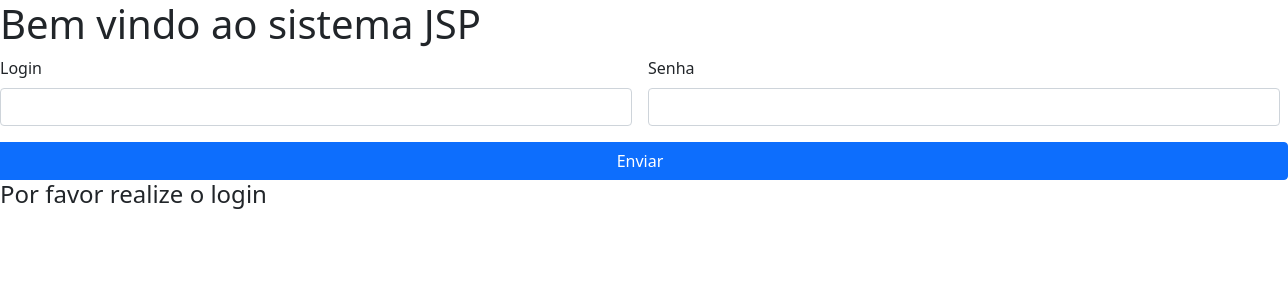
Repository: EduCarmo/PROJETO_JAVA-JSP_JDBC_SQL_JAVA
Page: http://localhost/curso-jsp/principal/cadastrousuario.jsp
The author's editor kept a copy of each file at every save. The page is drawn from the files as they stood at one save, then again after the next save.
The browser window is 1280 px wide. The page is 1288 px wide, so the pictures cover 1288 px, including what lies to the right of the window. The pictures show the whole page.
The page is served by Tomcat 10.

Above is the page before, as saved 2024-03-13 22:12:29.

After the next save:
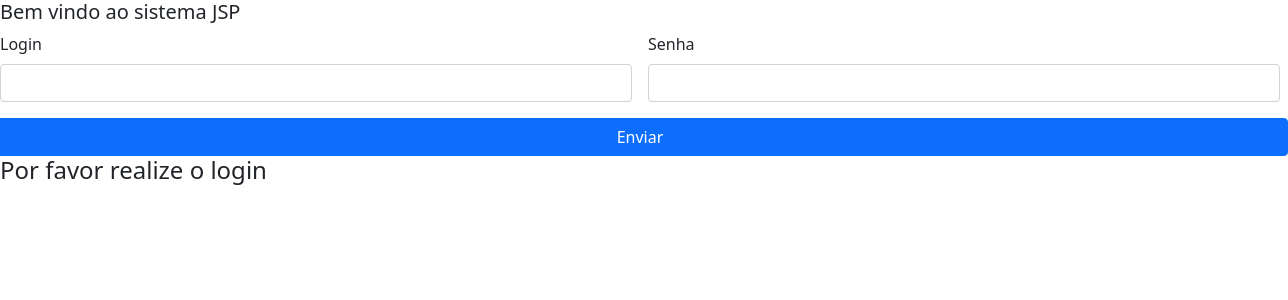
Saved 106 s later.
--- a/curso-jsp/src/main/webapp/index.jsp
+++ b/curso-jsp/src/main/webapp/index.jsp
@@ -19,7 +19,7 @@
 </head>
 <body>
 
-	<h1>Bem vindo ao sistema JSP</h1>
+	<h5>Bem vindo ao sistema JSP</h1>
 
 	<form action="ServletLogin" method="post" class="row g-3">
 
